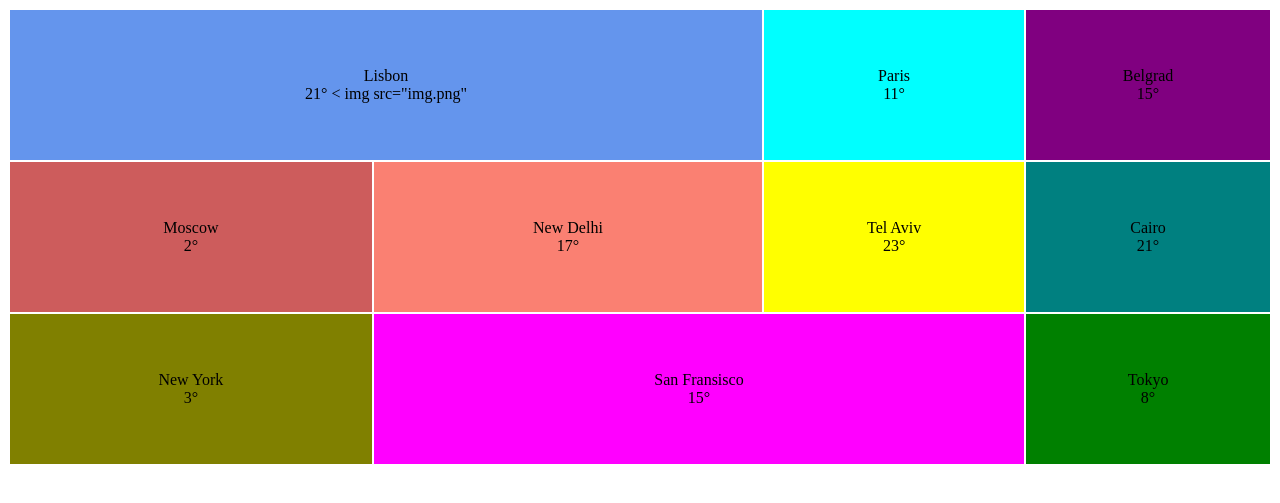
Repository: aysedo/html
Page: Week_2/index.html
These files come from the project's save history. The page is drawn as it stood at one moment and after the next save; the edit follows.
The browser window is 1280 px wide. The pictures show the whole page.

Above is the page before, as saved 2021-08-24 15:33:04.

After the next save:
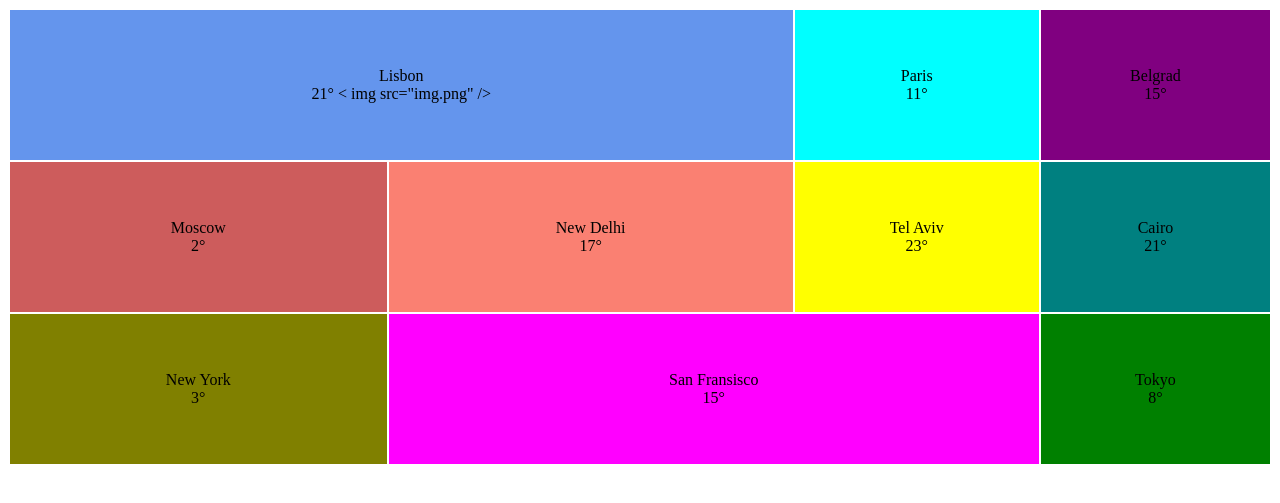
Saved 31 s later.
--- a/Week_2/index.html
+++ b/Week_2/index.html
@@ -12,7 +12,7 @@
         <td colspan="2" bgcolor="cornflowerblue" align="center">
           Lisbon <br />
           21°
-          < img src="img.png"
+          < img src="img.png" />
         </td>
         <td bgcolor="Aqua" align="center">
           Paris <br />
